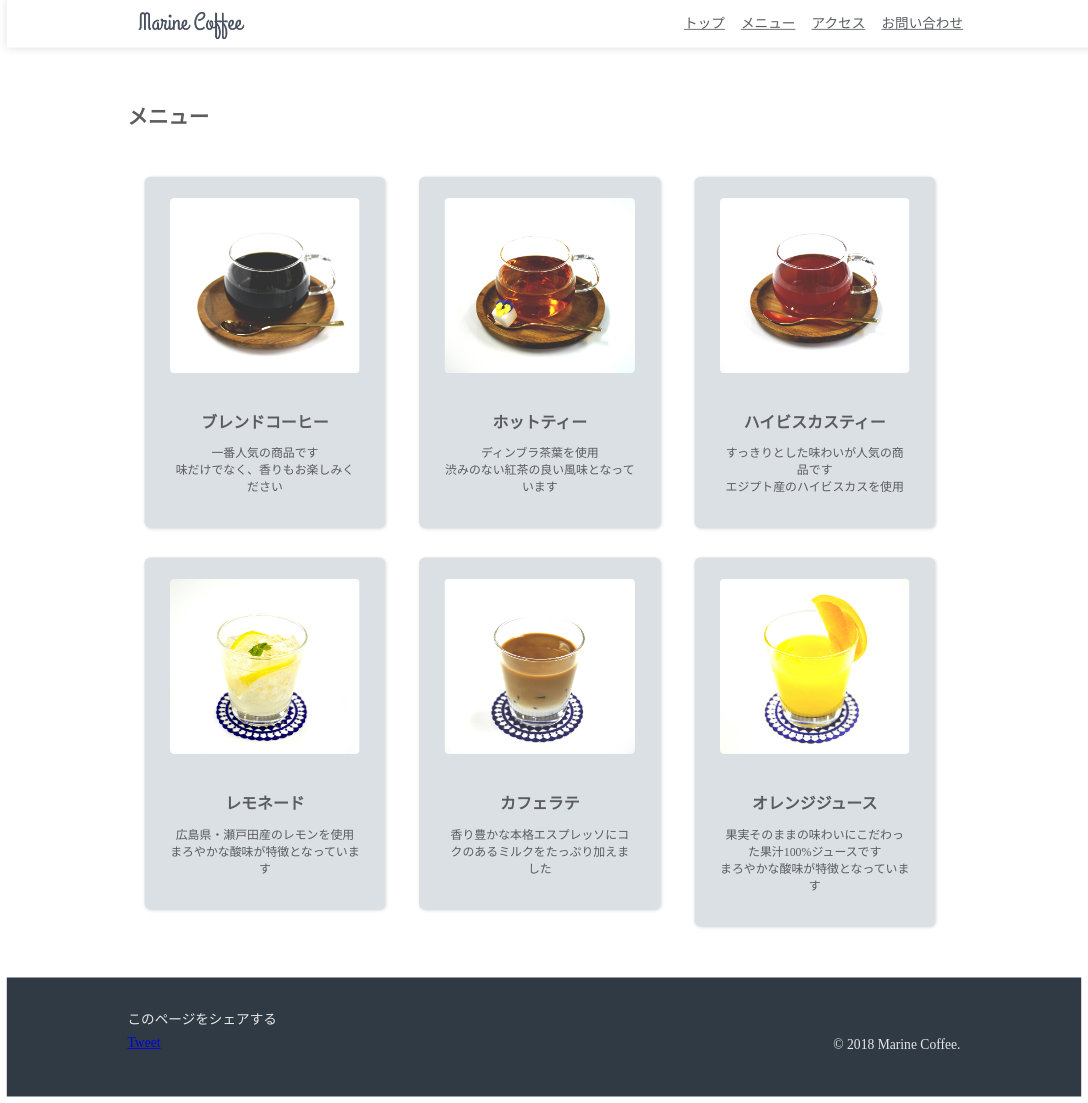
Repository: Kazuya888/samurai_HTML-CSS
Page: marine_coffee/menu.html
The author's editor kept a record of every edit. The page is drawn from the files as they stood at one moment, then again after the next edit.
The browser window is 1280 px wide. The pictures show the whole page, at 85% of full size.

Above is the page before.

### marine_coffee/menu.html
<!DOCTYPE html>
<html>
    <head>
        <meta charset="utf-8">
        <title>Marine Coffee</title>
        <link rel="stylesheet" href="common.css">
        <link rel="stylesheet" href="menu.css">
    </head>
    <body>
<!----------ヘッダー---------------->
          <div class="header">
             <div class="container">
         <div class="header-left">
          <img class="header-logo" src="images/logo.png"
    alt="Marine Coffee"> </div>
 <div class="header-right">
    <a href="index1.html">トップ</a>
    <a href="menu.html">メニュー</a>
    <a href="access.html">アクセス</a>
    <a href="contact.html">お問い合わせ</a>
       </div>
         </div>
 <div class="clear"></div>
     </div>
</div>
<!------------メニュー------------------>
<div class="menu">
    <div class='container'>
        <h2>メニュー</h2>
        <div class="menu-card-wrapper">
 <!----------ブレンドコーヒー----------->
            <div class="menu-card">
                <div class= "menu-card-inner">
                    <img class="menu-image" src="images/blend-coffee.jpg"
                    alt="ブレンドコーヒー">
                    <h3 class="menu-title">ブレンドコーヒー</h3>
                    <p class="menu-text">
                    一番人気の商品です
                    <br>
                    味だけでなく、香りもお楽しみください
                    </p>
                </div>
            </div>
<!----------ホットティー------------>
             <div class="menu-card">
                <div class= "menu-card-inner">
                    <img class="menu-image" src="images/hot-tea.jpg"
                    alt="ホットティー">
                    <h3 class="menu-title">ホットティー</h3>
                    <p class="menu-text">
                   ディンブラ茶葉を使用
                    <br>
                    渋みのない紅茶の良い風味となっています
                    </p>
                </div>
            </div>
<!----------ハイビスカスティー------->
             <div class="menu-card">
                <div class= "menu-card-inner">
                    <img class="menu-image" src="images/hibiscus-tea.jpg"
                    alt="ハイビスカスティー">
                    <h3 class="menu-title">ハイビスカスティー</h3>
                    <p class="menu-text">
                    すっきりとした味わいが人気の商品です
                    <br>
                    エジプト産のハイビスカスを使用
                    </p>
                </div>
            </div>
<!----------レモネード--------------->
            <div class="menu-card">
                <div class= "menu-card-inner">
                    <img class="menu-image" src="images/lemonade.jpg"
                    alt="レモネード">
                    <h3 class="menu-title">レモネード</h3>
                    <p class="menu-text">
                    広島県・瀬戸田産のレモンを使用
                    <br>
                    まろやかな酸味が特徴となっています
                    </p>
                </div>
            </div>
<!----------カフェラテ-------------->
            <div class="menu-card">
                <div class= "menu-card-inner">
                    <img class="menu-image" src="images/caffelatte.jpg"
                    alt="カフェラテ">
                    <h3 class="menu-title">カフェラテ</h3>
                    <p class="menu-text">
                    香り豊かな本格エスプレッソにコクのあるミルクをたっぷり加えました
                    </p>
                </div>
            </div>
<!---------オレンジジュース--------->
             <div class="menu-card">
                <div class= "menu-card-inner">
                    <img class="menu-image" src="images/orange-juice.jpg"
                    alt="オレンジジュース">
                    <h3 class="menu-title">オレンジジュース</h3>
                    <p class="menu-text">
                    果実そのままの味わいにこだわった果汁100%ジュースです
                    <br>
                    まろやかな酸味が特徴となっています
                    </p>
                </div>
            </div>
        </div>
    </div>
</div>

<!--------- フッター---------------->
 <div class="footer">
        <div class="container">
            <div class="footer-left">
                <p>このページをシェアする</p>
               <a href="https://twitter.com/share?ref_src=twsrc%5Etfw"
               class="twitter-share-button"
               data-text="Marine Coffee" data-show-count="false">Tweet</a><script async src="https://platform.twitter.com/widgets.js"
               charset="utf-8"></script>
            </div>
            <div class="footer-right">
                &copy; 2018 Marine Coffee.
            </div>
            <div class="clear"></div>
        </div>
    </div>
    </body>
</html>

### marine_coffee/common.css
@charset "utf-8";
.container {
    max-width: 980px;
    padding: 0 30px;
    margin-left: auto;
    margin-right: auto;
}
.header {
    height: 56px;
    width: 100%;
    box-shadow: 0 0 10px #dddddd;
    background-color: white;
    position: fixed;
    top: 0 ;
}
.header-left{
    float: left;
}
.header-right{
    float: right;
}
.clear{
    clear: both;
}
.header-logo{
    height: 40px;
    margin-top: 8px;
}
.header-right a{
    line-height: 56px;
    color: #5a5c5f;
    margin-left: 5px;
    font-size: 16px;
    padding:16px 5px;
}
.header-right a:hover{
    background-color: #e2f1ff;
    transition: background-color 0.5s;
}
.footer{
    height: 120px;
    background-color: #2f3a44;
    color: #e8e8e8;
    padding-top:20px;
}
.footer-left{
    float: left;
}
.footer-right{
    float: right;
    padding-top: 50px;
}
.footer-left p{
    margin-bottom:8px;
}

### marine_coffee/menu.css
@charset "utf-8";
.menu{
    padding: 90px 0 60px;
    color: #5a5c5f;
}
.menu-card{
    width: 33%;
    margin-top: 35px;
}
.menu-card-inner{
    padding:25px 30px;
    background-color: #dbe0e4;
    border-radius: 7px;
    box-shadow: 1px 1px 4px #d2d4d6;
    text-align: center;
    margin: 0 20px;
}
.menu-image{
    width: 100%;
    margin-bottom: 20px;
    border-radius: 5px;
}
.menu-title{
    margin-bottom:8px;
}
.menu-text{
    font-size:14px;
}
.menu-card-wrapper{
    display: flex;
    flex-wrap: wrap;
}

After the next edit:
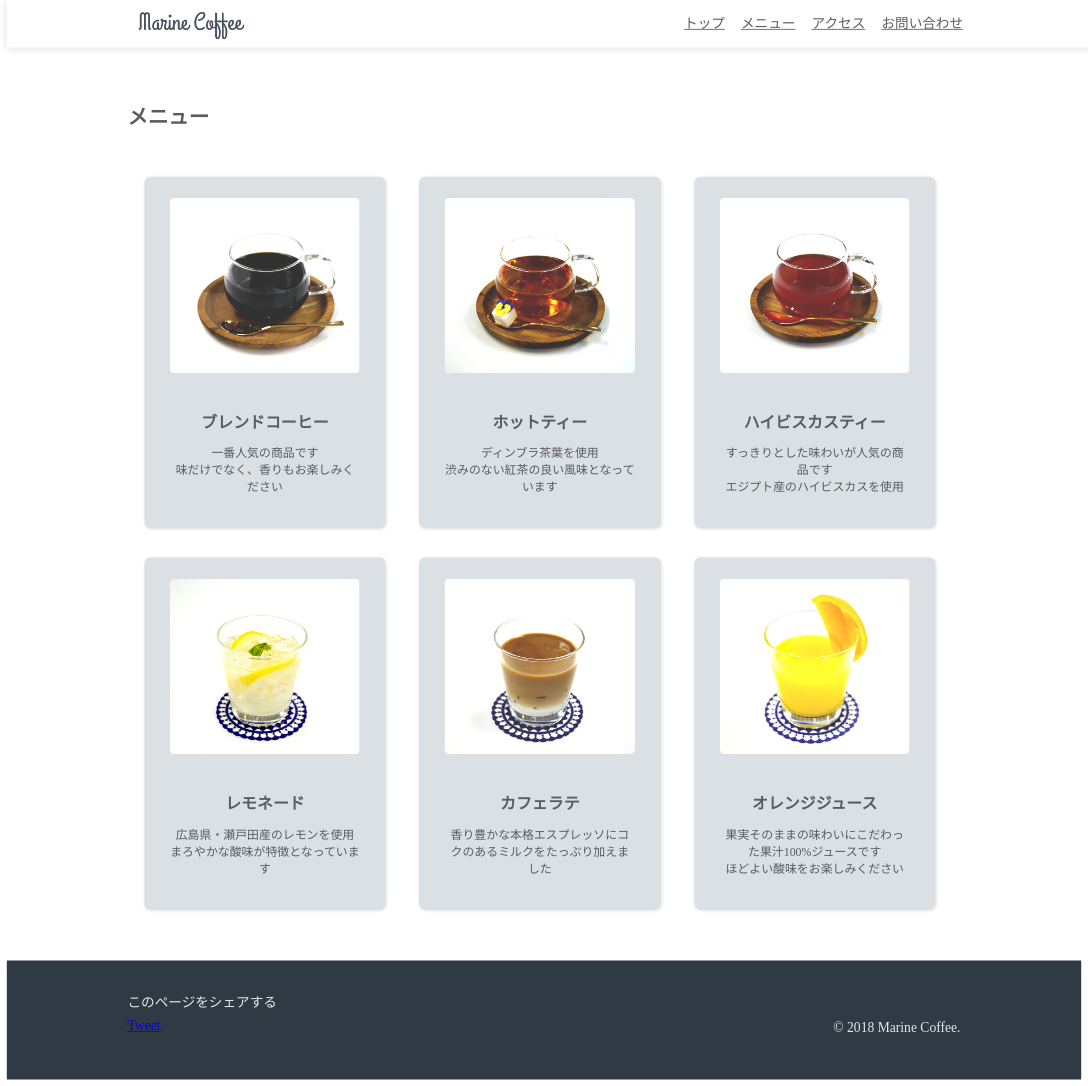
The edit:
--- a/marine_coffee/menu.html
+++ b/marine_coffee/menu.html
@@ -100,7 +100,7 @@
                     <p class="menu-text">
                     果実そのままの味わいにこだわった果汁100%ジュースです
                     <br>
-                    まろやかな酸味が特徴となっています
+                    ほどよい酸味をお楽しみください
                     </p>
                 </div>
             </div>
